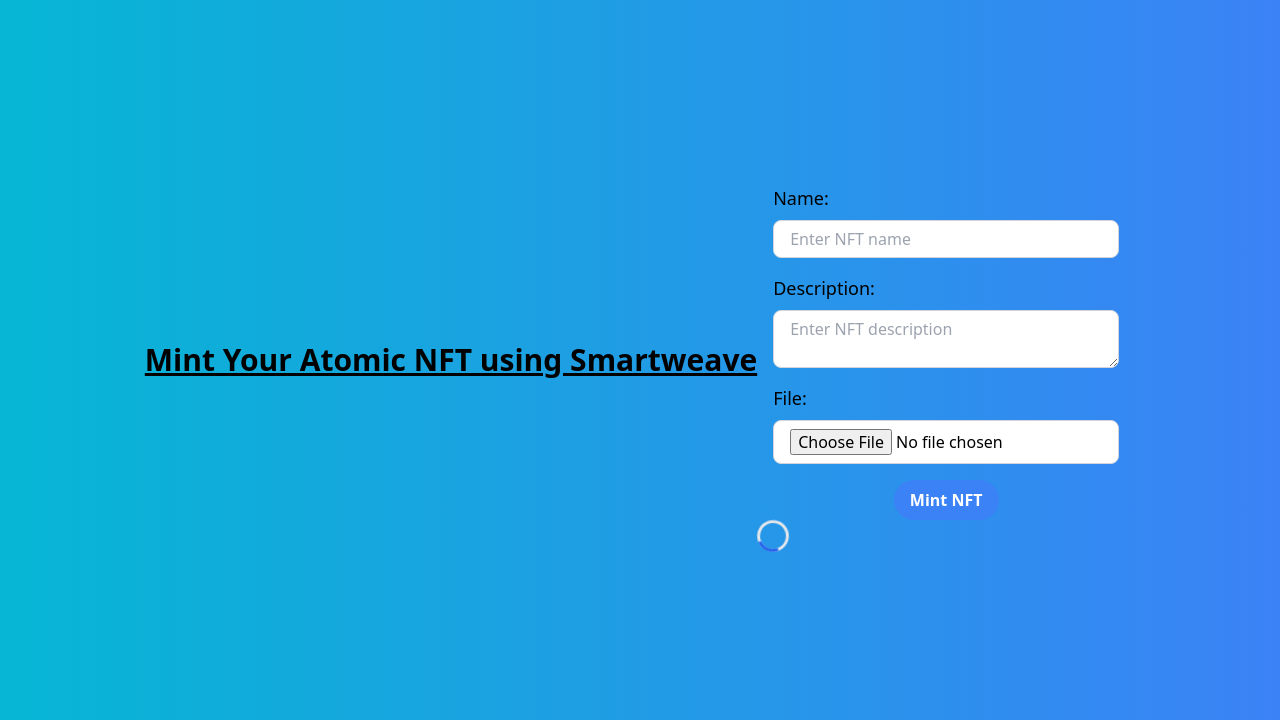
Repository: pawelpiwowarski/arweave-nft
Page: /
These files come from the project's save history. The page is drawn as it stood at one moment and after the next save; the edit follows.
The browser window is 1280 px wide. The pictures show the whole page.
The project was rebuilt for these pictures with package versions that can differ from the ones it lists, and the page was loaded fresh each time. The framework's server and built-in components were replaced by stand-ins that run in the browser.

Above is the page before, as saved 2023-01-30 22:53:37.

After the next save:
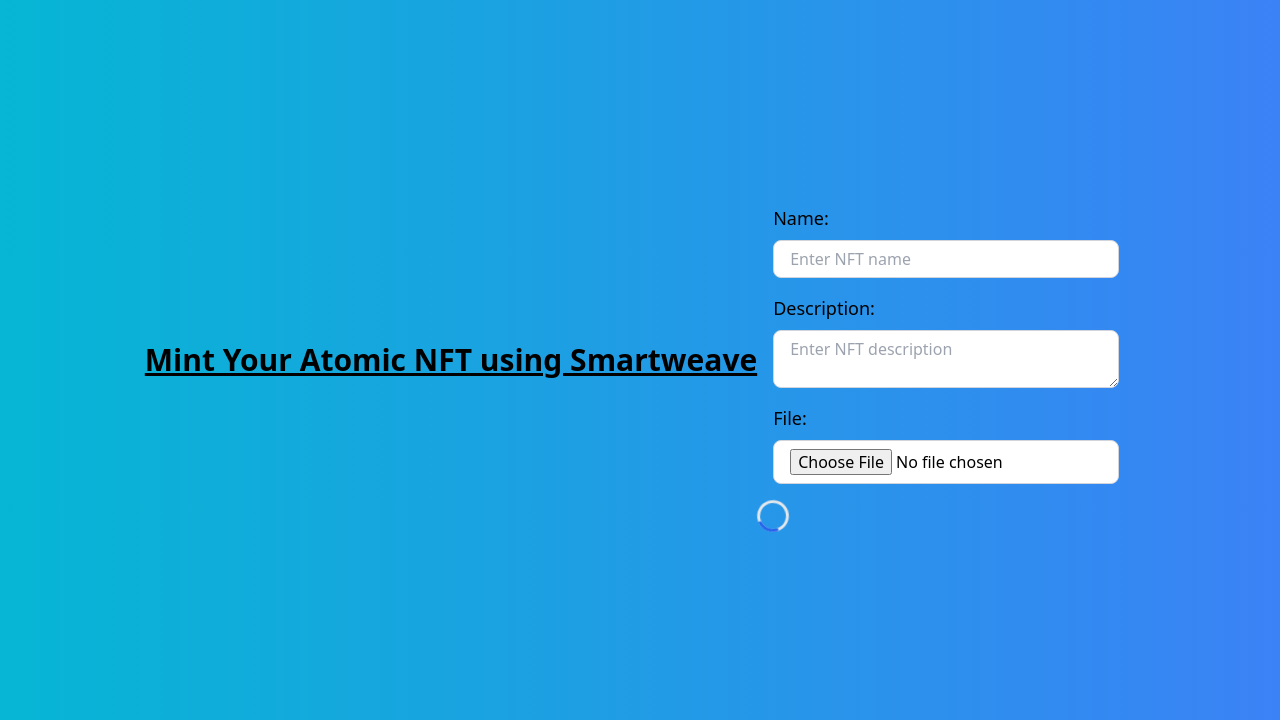
Saved 11 s later.
--- a/pages/index.tsx
+++ b/pages/index.tsx
@@ -83,13 +83,14 @@
     <input className="bg-white focus:outline-none focus:shadow-outline-blue border border-gray-300 rounded-lg py-2 px-4 block w-full leading-5"
      type="file" id="file" name="file" onChange={handleFile} placeholder="Select NFT file" required/>
   </div>
-
+{ loading &&
   <div className="flex justify-center">
     <button className="bg-blue-500 hover:bg-blue-700 text-white font-bold py-2 px-4 rounded-full"  onClick={handleSubmision}>
 
       Mint NFT
     </button>
     </div>
+}
 { !loading &&
 
 <div role="status">
